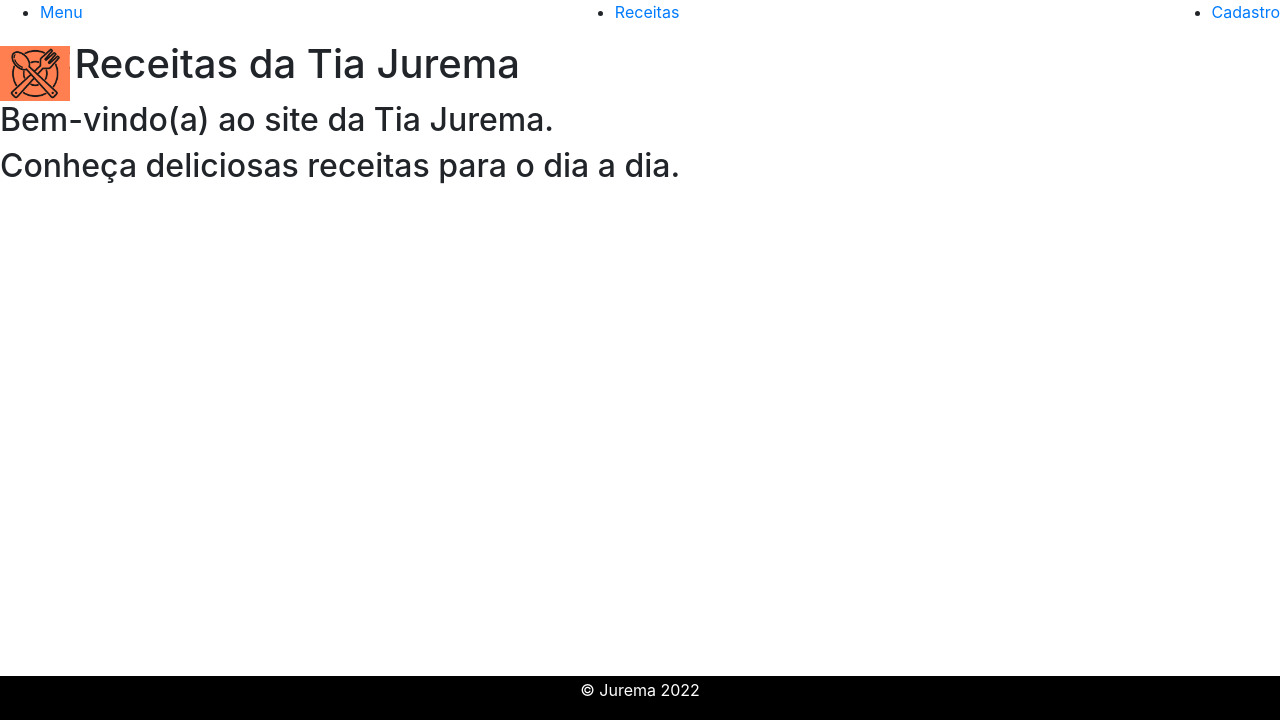
Repository: devropaes/RECEITAS
Page: OneDrive/Área de Trabalho/Estudos/Estácio/receitas/home.html
The author's editor kept a copy of each file at every save. The page is drawn from the files as they stood at one save, then again after the next save.
The browser window is 1280 px wide. The pictures show the whole page.
Some web libraries are served in a nearby version.

Above is the page before, as saved 2024-03-11 21:40:33.

After the next save:
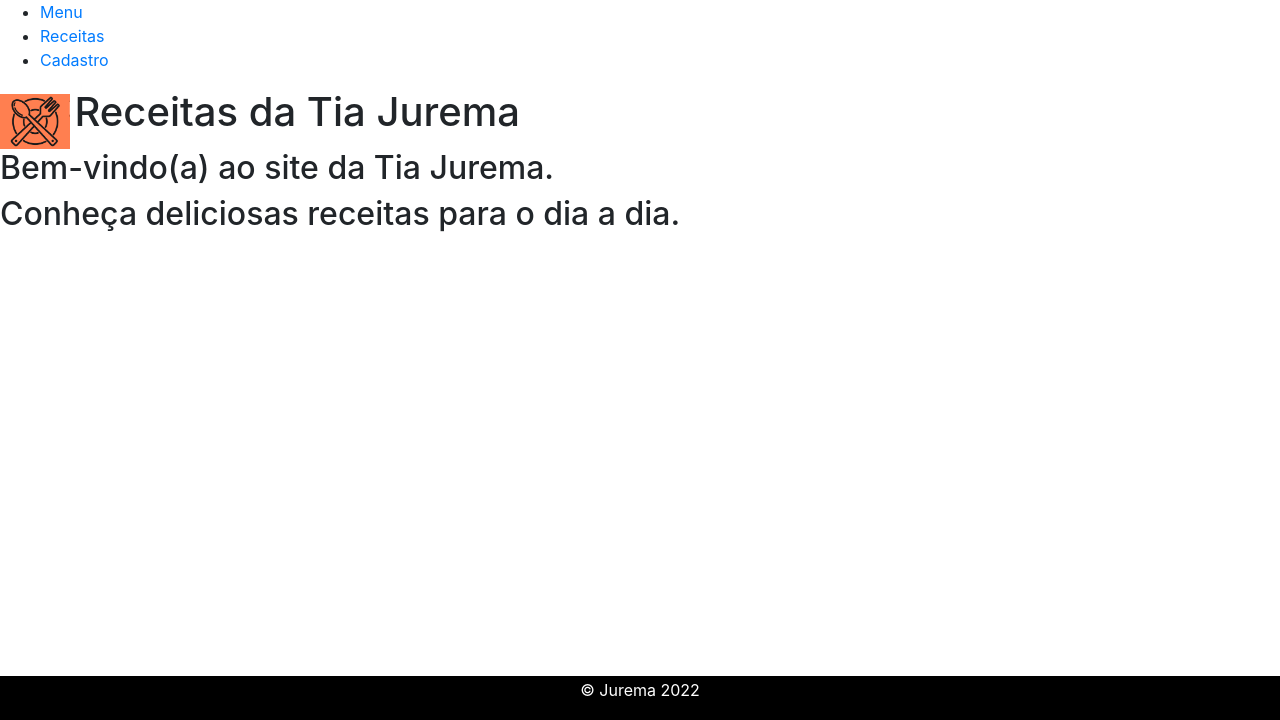
Saved 27 s later.
--- a/OneDrive/Área de Trabalho/Estudos/Estácio/receitas/home.html
+++ b/OneDrive/Área de Trabalho/Estudos/Estácio/receitas/home.html
@@ -12,7 +12,7 @@
     </head>
 <body>
 
-    <ul class="navlist d-flex justify-content-between">
+    <ul class="navlist">
       <li><a href="home.html">Menu</a></li>
       <li><a href="receitas.html">Receitas</a></li>
       <LI><a href="cadastro.html">Cadastro</a></LI>

After the save that followed:
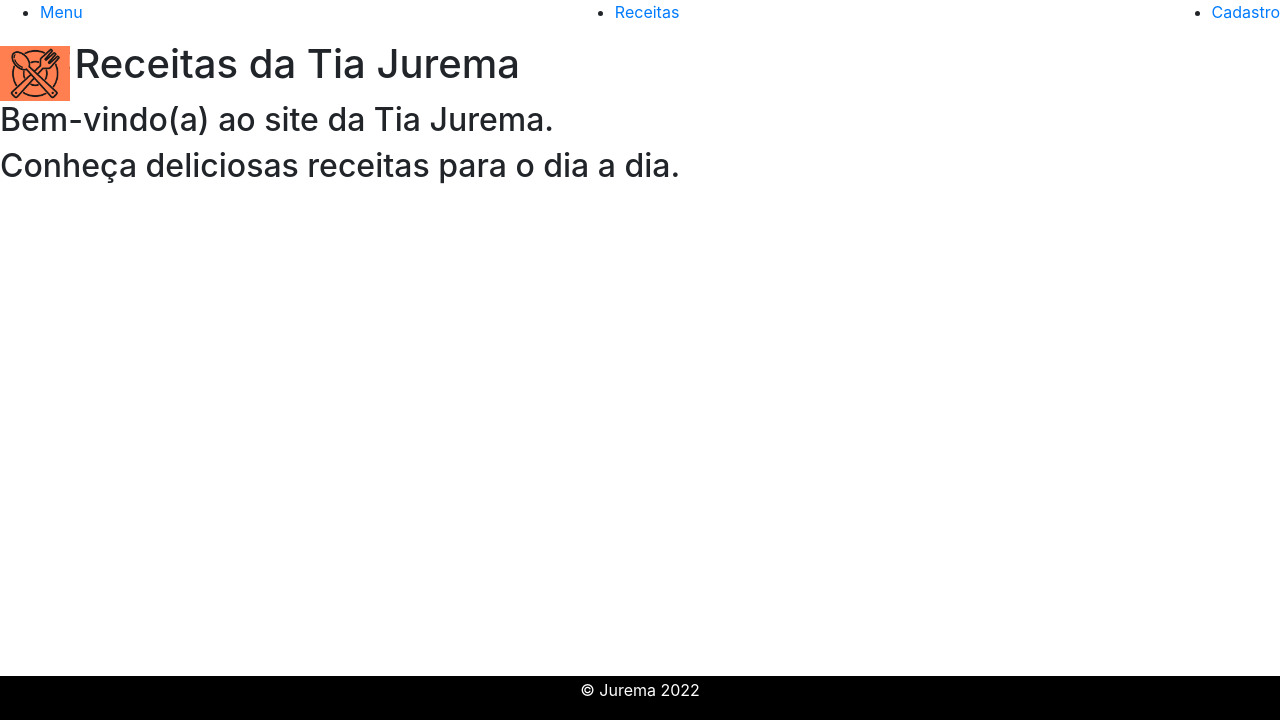
Saved 93 s later.
--- a/OneDrive/Área de Trabalho/Estudos/Estácio/receitas/home.html
+++ b/OneDrive/Área de Trabalho/Estudos/Estácio/receitas/home.html
@@ -12,7 +12,7 @@
     </head>
 <body>
 
-    <ul class="navlist">
+    <ul class="navlist d-flex justify-content-between">
       <li><a href="home.html">Menu</a></li>
       <li><a href="receitas.html">Receitas</a></li>
       <LI><a href="cadastro.html">Cadastro</a></LI>
